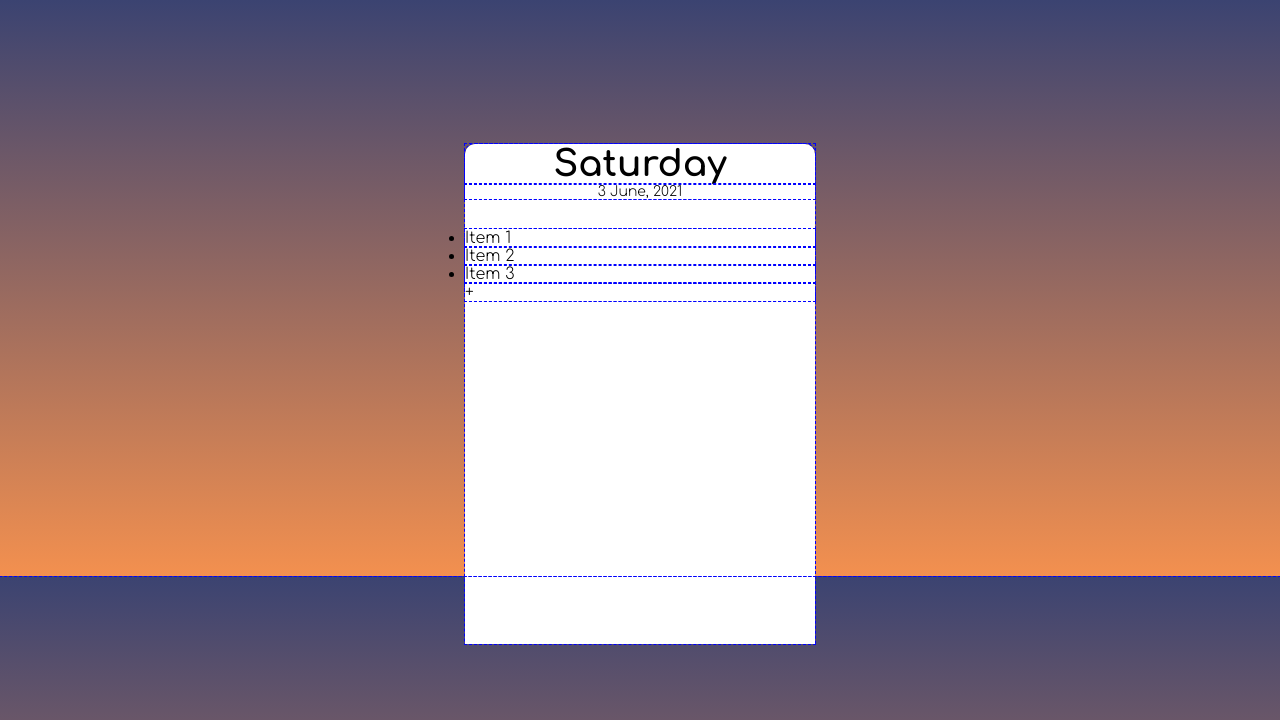
Repository: Colo-Codes/mini-projects
Page: todo-app/index.html
The author's editor kept a copy of each file at every save. The page is drawn from the files as they stood at one save, then again after the next save.
The browser window is 1280 px wide. The pictures show the whole page.

Above is the page before, as saved 2021-07-04 11:12:25.

### todo-app/index.html
<!DOCTYPE html>
<html lang="en">
    <head>
        <meta charset="UTF-8" />
        <meta http-equiv="X-UA-Compatible" content="IE=edge" />
        <meta name="viewport" content="width=device-width, initial-scale=1.0" />
        <link rel="stylesheet" href="./css/index.css" />
        <title>Mini-Project - ToDo app</title>
    </head>
    <body>
        <div class="changing-background">
            <main class="todo">
                <section id="todo--header">
                    <header>Saturday</header>
                    <p>3 June, 2021</p>
                </section>
                <section id="todo--tasks-list">
                    <ul>
                        <li class="todo--tasks-list--item">Item 1</li>
                        <li class="todo--tasks-list--item">Item 2</li>
                        <li class="todo--tasks-list--item">Item 3</li>
                    </ul>
                </section>
                <section id="todo--footer">
                    <p>+</p>
                </section>
            </main>
        </div>
    </body>
</html>

### todo-app/css/index.css
@import url('https://fonts.googleapis.com/css2?family=Comfortaa:wght@300;700&display=swap');

/* Initial reset */

html {
    box-sizing: border-box;
    font-size: 16px;
}

*,
*:before,
*:after {
    box-sizing: inherit;
    margin: 0;
    padding: 0;
    outline: 1px dashed blue; /* Debugging purposes */
}

body {
    font-family: 'Comfortaa', cursive;
    background: #f3904f; /* fallback for old browsers */
    background: -webkit-linear-gradient(
        to bottom,
        #3b4371,
        #f3904f
    ); /* Chrome 10-25, Safari 5.1-6 */
    background: linear-gradient(
        to bottom,
        #3b4371,
        #f3904f
    ); /* W3C, IE 10+/ Edge, Firefox 16+, Chrome 26+, Opera 12+, Safari 7+ */
}

.changing-background {
    height: 100vh;
    margin-top: -20vh;
    padding-top: 20vh;
}

.todo {
    margin: auto;
    margin-top: 20vh;
    width: 350px;
    height: 500px;
    background-color: white;
    border-radius: 10px 10px 0 0;
}

#todo--header header {
    font-size: 2.25rem;
    font-weight: 700;
    text-align: center;
}

#todo--header p {
    font-size: 0.875rem;
    text-align: center;
}

#todo--tasks-list {
    margin-top: 1.875rem;
}

After the next save:
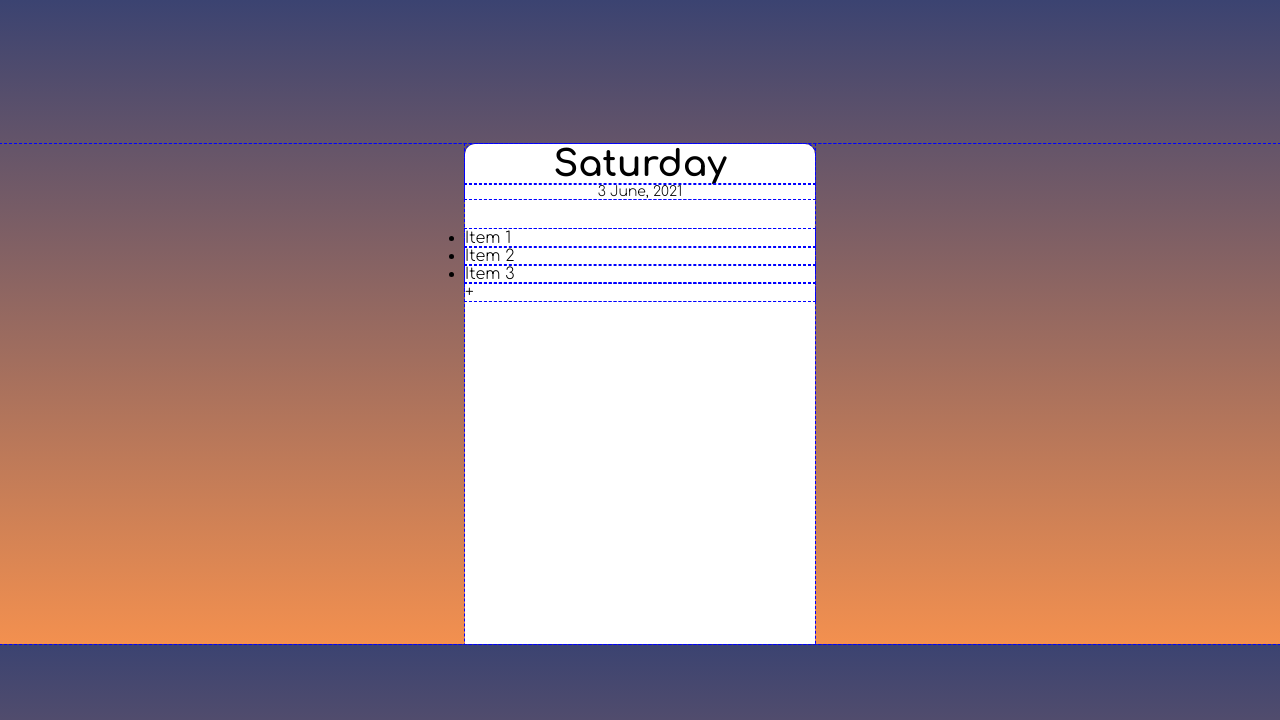
Saved 7 s later.
--- a/todo-app/css/index.css
+++ b/todo-app/css/index.css
@@ -31,12 +31,6 @@ body {
     ); /* W3C, IE 10+/ Edge, Firefox 16+, Chrome 26+, Opera 12+, Safari 7+ */
 }
 
-.changing-background {
-    height: 100vh;
-    margin-top: -20vh;
-    padding-top: 20vh;
-}
-
 .todo {
     margin: auto;
     margin-top: 20vh;
